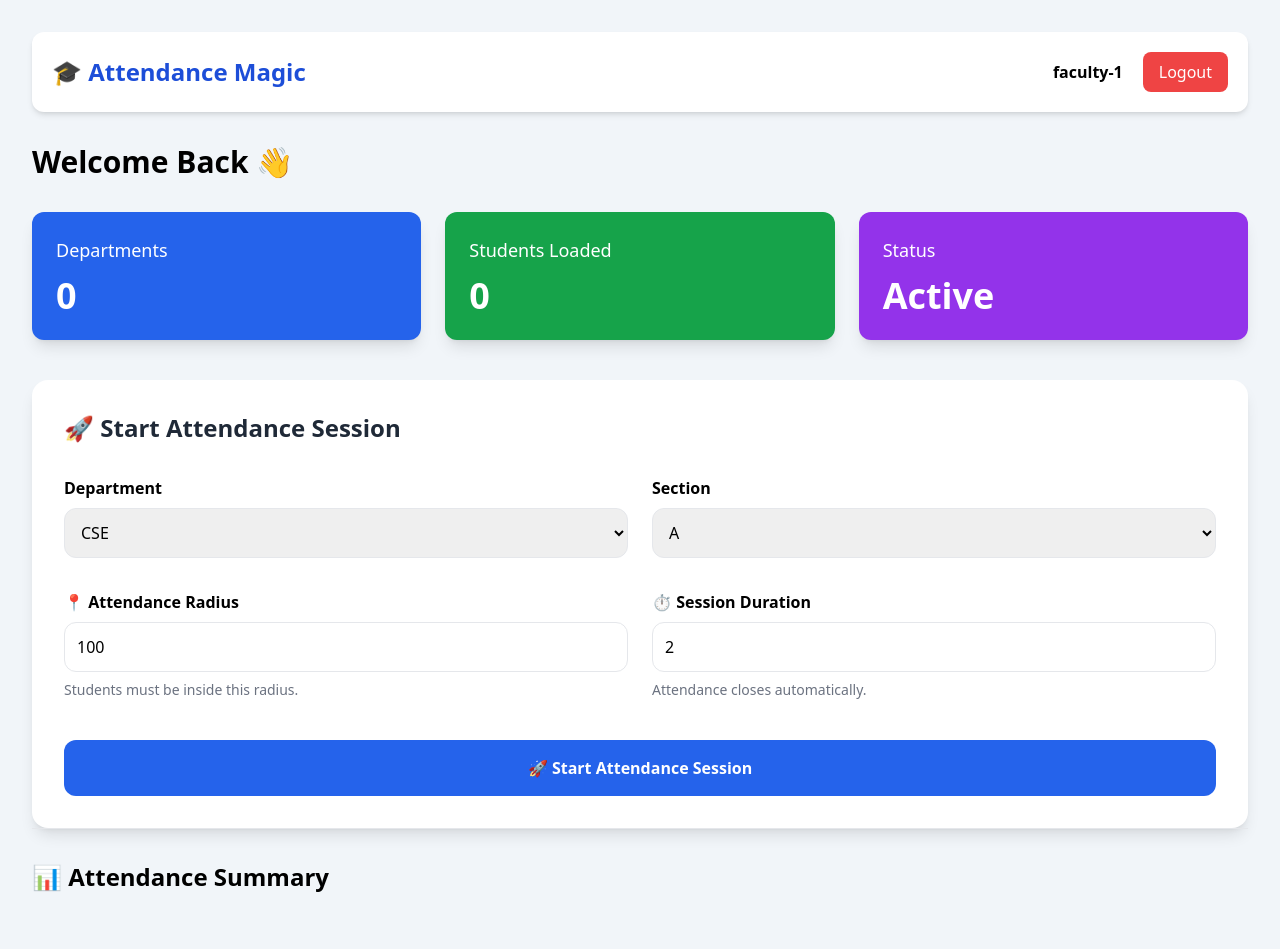
Repository: SparcxSolutions/Attendance_Magic
Page: /faculty (app in frontend/)
These files come from the project's save history. The page is drawn as it stood at one moment and after the next save; the edit follows.
The browser window is 1280 px wide. The pictures show the whole page.
The page's requests for data from a server got no answer. The project was rebuilt for these pictures with package versions that can differ from the ones it lists, and the page was loaded fresh each time. No one was signed in, and anything a server would have sent is missing. Also part of the build but not shown: frontend/vite.config.js, frontend/src/pages/Login.jsx, frontend/src/components/AttendanceLinkCard.jsx, frontend/src/components/StudentTable.jsx.

Above is the page before, as saved 2026-07-14 18:48:03.

After the next save:
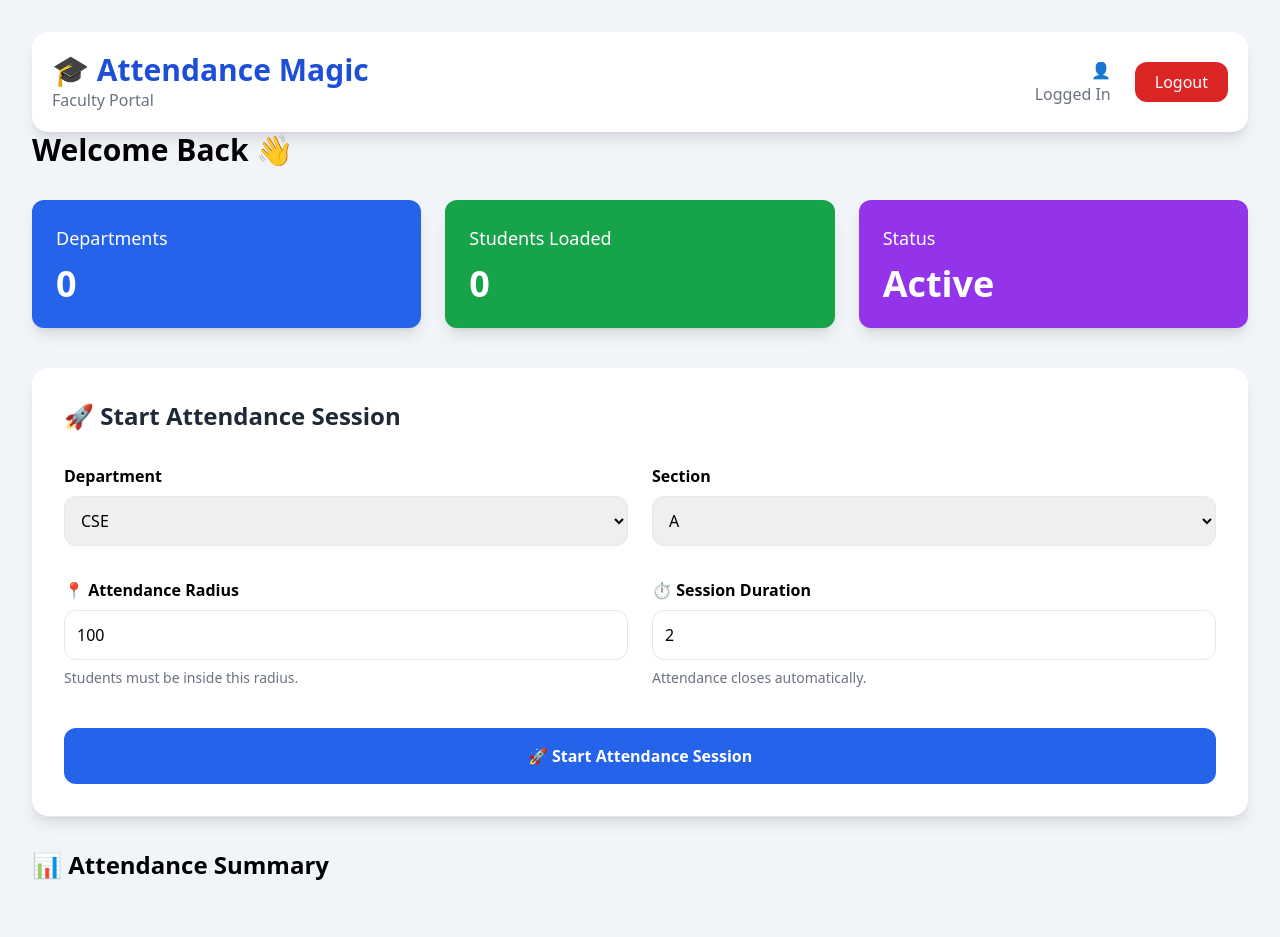
Saved 4 min 31 s later.
--- a/frontend/src/components/Navbar.jsx
+++ b/frontend/src/components/Navbar.jsx
@@ -1,31 +1,95 @@
+import { useEffect, useState } from "react";
+import { useNavigate } from "react-router-dom";
+import API from "../services/api";
+
 function Navbar() {
 
-    const username = "faculty-1";
+    const [username, setUsername] = useState("");
+
+    const navigate = useNavigate();
+
+    useEffect(() => {
+
+        loadProfile();
+
+    }, []);
+
+    const loadProfile = async () => {
+
+        try {
+
+            const response = await API.get(
+                "faculty-profile/"
+            );
+
+            setUsername(
+                response.data.username
+            );
+
+        }
+
+        catch (error) {
+
+            console.log(error);
+
+        }
+
+    };
+
+    const logout = () => {
+
+        localStorage.removeItem("access");
+
+        localStorage.removeItem("refresh");
+
+        navigate("/");
+
+    };
 
     return (
 
-        <nav className="bg-white shadow-md rounded-xl p-5 flex justify-between items-center mb-8">
+        <nav className="bg-white shadow-lg rounded-2xl p-5 flex justify-between items-center">
 
             <div>
 
-                <h1 className="text-2xl font-bold text-blue-700">
+                <h1 className="text-3xl font-bold text-blue-700">
 
                     🎓 Attendance Magic
 
                 </h1>
 
+                <p className="text-gray-500">
+
+                    Faculty Portal
+
+                </p>
+
             </div>
 
-            <div className="flex items-center gap-5">
+            <div className="flex items-center gap-6">
 
-                <span className="font-semibold">
+                <div className="text-right">
 
-                    {username}
+                    <h2 className="font-bold">
 
-                </span>
+                        👤 {username}
+
+                    </h2>
+
+                    <p className="text-gray-500">
+
+                        Logged In
+
+                    </p>
+
+                </div>
 
                 <button
-                    className="bg-red-500 text-white px-4 py-2 rounded-lg hover:bg-red-600"
+
+                    onClick={logout}
+
+                    className="bg-red-600 hover:bg-red-700 text-white px-5 py-2 rounded-xl"
+
                 >
 
                     Logout
